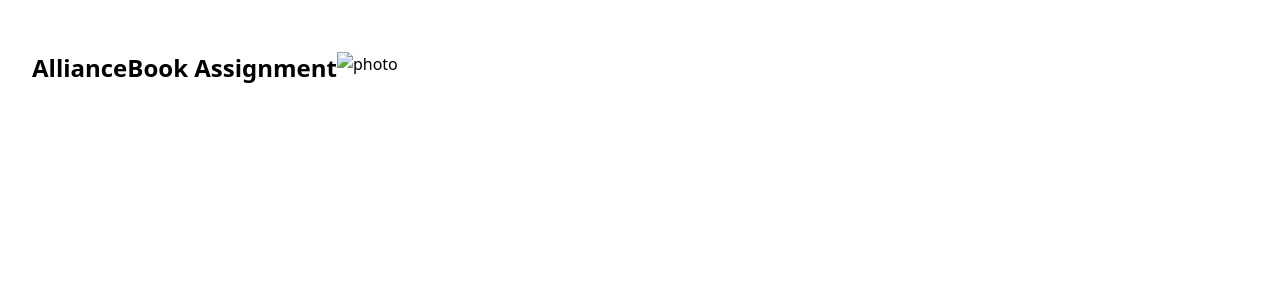
Repository: katjalmarko/React-TS-AllianceBook-Assignment
Page: /
An editor plug-in stored every save of this project. The page is shown before and after the next save, followed by the edit.
The browser window is 1280 px wide. The pictures show the whole page.
The page's requests for data from a server got no answer. The project was rebuilt for these pictures with package versions that can differ from the ones it lists, and the page was loaded fresh each time. No one was signed in, and anything a server would have sent is missing. Also part of the build but not shown: vite.config.ts, src/components/PeopleData.tsx.

Above is the page before, as saved 2023-04-25 14:55:47.

After the next save:
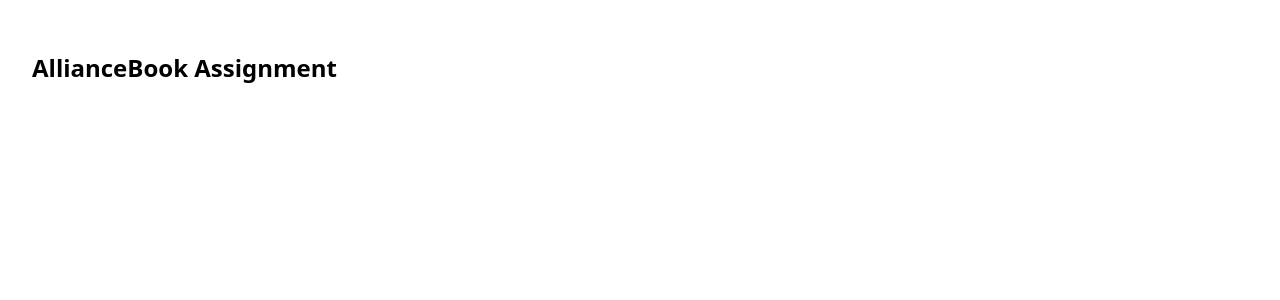
Saved 28 s later.
--- a/src/App.tsx
+++ b/src/App.tsx
@@ -49,7 +49,7 @@
       />
       <img
         src={peoplePhoto}
-        alt="photo"
+        alt={peoplePhoto}
         className='h-100 w-100'
         />
     </div>

After the save that followed:
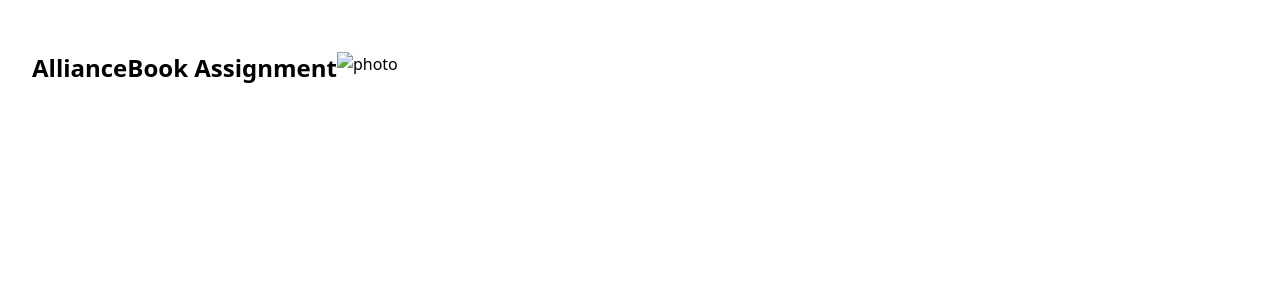
Saved 17 s later.
--- a/src/App.tsx
+++ b/src/App.tsx
@@ -49,7 +49,7 @@
       />
       <img
         src={peoplePhoto}
-        alt={peoplePhoto}
+        alt="photo"
         className='h-100 w-100'
         />
     </div>
